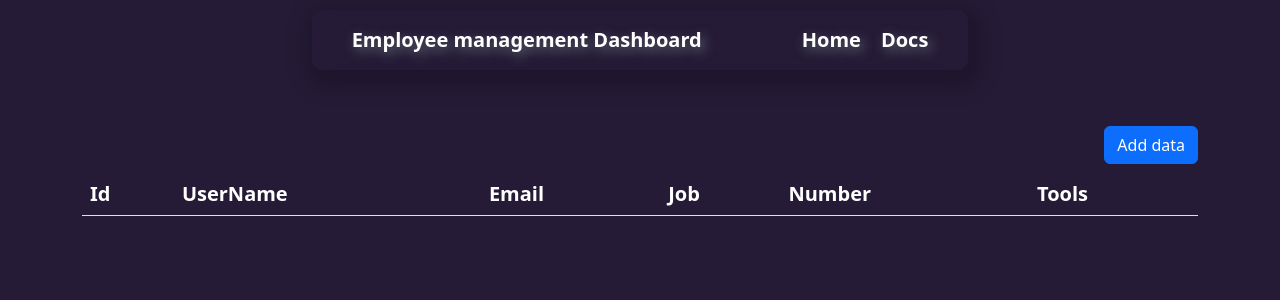
Repository: iamevs/Employee-Management-System
Page: /home (app in client/)
An editor plug-in stored every save of this project. The page is shown before and after the next save, followed by the edit.
The browser window is 1280 px wide. The pictures show the whole page.
The page's requests for data from a server got no answer. The project was rebuilt for these pictures with package versions that can differ from the ones it lists, and the page was loaded fresh each time. No one was signed in, and anything a server would have sent is missing. Also part of the build but not shown: client/vite.config.js, client/src/components/Register.jsx, client/src/components/Edit.jsx, client/src/components/Hero.jsx. Imported but missing from the stored project, and not drawn on this page: client/src/components/Details.

Above is the page before, as saved 2022-11-28 23:56:39.

### client/index.html
<html lang="en">
  <head>
    <meta charset="UTF-8" />
    <link rel="icon" type="image/svg+xml" href="/vite.svg" />
    <meta name="viewport" content="width=device-width, initial-scale=1.0" />
    <title>employee-management</title>
  </head>
  <body>
    <div id="root"></div>
    <script type="module" src="/src/main.jsx"></script>
  </body>
</html>

### client/src/main.jsx
import React, { StrictMode } from 'react';
import ReactDOM from 'react-dom';
import { createRoot } from "react-dom/client";
import './index.css';
import App from './App';
import { BrowserRouter } from "react-router-dom"
import ContextProvider from "./components/context/ContextProvider";
// root.render(
//   <StrictMode>
//   <ContextProvider>
//     <BrowserRouter>
//       <App />
//     </BrowserRouter>
//   </ContextProvider>
//   </StrictMode>
//   ,
//   document.getElementById('root')
// );


createRoot(document.getElementById('root')).render(
  <ContextProvider>
    <BrowserRouter>
      <App />
    </BrowserRouter>
  </ContextProvider>
)

### client/src/index.css
body {
  margin: 0;
  font-family: -apple-system, BlinkMacSystemFont, 'Segoe UI', 'Roboto', 'Oxygen',
    'Ubuntu', 'Cantarell', 'Fira Sans', 'Droid Sans', 'Helvetica Neue',
    sans-serif;
  -webkit-font-smoothing: antialiased;
  -moz-osx-font-smoothing: grayscale;
  background-color: #251B37 !important;
  color: #fff !important;
}

code {
  font-family: source-code-pro, Menlo, Monaco, Consolas, 'Courier New',
    monospace;
}

.btns{
  display: flex;
  justify-content: space-between;
}

### client/src/App.jsx
import './App.css';
import "../node_modules/bootstrap/dist/css/bootstrap.min.css"
import "../node_modules/bootstrap/dist/js/bootstrap.bundle.min.js"
import Navbar from './components/Navbar';
import Home from './components/Home';
import Register from './components/Register';
import Edit from './components/Edit';
import Details from './components/Details';
import Hero from "./components/Hero.jsx";
import {Routes,Route} from "react-router-dom"




function App() {
  return (
   <>
    <Navbar />
    <Routes>
      <Route path="/" element={<Hero/>} />
      <Route  path="/home" element={<Home/>} />
      <Route exact path="/register" element={<Register/>} />
      <Route exact path="/edit/:id" element={<Edit/>} />
      <Route exact path="/view/:id" element={<Details/>} />
    </Routes>

   </>
  );
}

export default App;

### client/src/components/context/ContextProvider.jsx
import React, { createContext, useState } from 'react'


export const adddata = createContext("");
export const updatedata = createContext("");
export const deldata = createContext("");

const ContextProvider = ({ children }) => {

    const [udata, setUdata] = useState("");
    const [updata, setUPdata] = useState("");
    const [dltdata, setDLTdata] = useState("");


    return (
        <adddata.Provider value={{ udata, setUdata }}>
            <updatedata.Provider value={{ updata, setUPdata }}>
                <deldata.Provider value={{dltdata, setDLTdata}}>
                    {children}
                </deldata.Provider>

            </updatedata.Provider>

        </adddata.Provider>
    )
}

export default ContextProvider;

### client/src/App.css
.add_btn{
  text-align: right;
}

.container{
  overflow: auto;
}

.left_view h3{
  font-size: 21px;
}

.left_view p{
  font-weight: 600;
}

.left_view span{
  font-weight: 400;
}

.right_view p{
  font-weight: 600;
}


.right_view span{
  font-weight: 400;
}

### client/src/components/Navbar.jsx
import React from 'react'
import { NavLink } from 'react-router-dom'
import { Box, Stack } from "@mui/material";


const Navbar = () => {
    return (
        <Stack justifyContent={"center"} direction={"row"} marginTop={"10px"}>
            <Box justifyContent={"space-between"} className="navbar navbar-expand-lg text-white" sx={{
                backgroundColor: "transparent",
                backdropFilter: "blur(10px) !important",
                position: "relative",
                color: "white",
                boxShadow: "4px 7px 20px 11px rgb(0 0 0 / 20%)",
                height: "60px",
                padding: "0 40px 0 40px",
                width: "auto",
                borderRadius: "10px"
            }}>
                <Box sx={{
                    fontSize: "20px",
                    textShadow: "3px 4px 12px #6c757d",
                    fontWeight: "bold",
                    marginRight: "100px"
                }}>Employee management Dashboard</Box>
                <Box direction={"row"}>
                    <a href="/home" style={{
                        color: "white",
                        fontSize: "20px",
                        textShadow: "3px 4px 12px #6c757d",
                        fontWeight: "bold",
                        textDecoration: "none",
                    }}>Home</a>
                    <a href="/" style={{
                        color: "white",
                        fontSize: "20px",
                        textShadow: "3px 4px 12px #6c757d",
                        fontWeight: "bold",
                        textDecoration: "none",
                        marginLeft: "20px"
                    }}>Docs</a>

                </Box>
            </Box>
        </Stack>
    )
}

export default Navbar

### client/src/components/Home.jsx
import React, { useState, useEffect, useContext } from 'react'
import ReadMoreRoundedIcon from '@mui/icons-material/ReadMoreRounded';
import NoteAltOutlinedIcon from '@mui/icons-material/NoteAltOutlined';
import DeleteOutlineIcon from '@mui/icons-material/DeleteOutline';
import { NavLink } from 'react-router-dom';
import { adddata, deldata } from './context/ContextProvider';
import { updatedata } from './context/ContextProvider'
import ReactTooltip from 'react-tooltip';

var getuserlink = "http://localhost:8001/getusers";


const Home = () => {

    const [getuserdata, setUserdata] = useState([]);

    console.log(getuserdata);

    const { udata, setUdata } = useContext(adddata);

    const {updata, setUPdata} = useContext(updatedata);

    const {dltdata, setDLTdata} = useContext(deldata);

    const getdata = async () => {

        const res = await fetch(getuserlink, {
            method: "GET",
            headers: {
                "Content-Type": "application/json"
            }
        });

        const data = await res.json();
        console.log(data);

        if (res.status === 422 || !data) {
            console.log("error ");

        } else {
            setUserdata(data)
            console.log("get data");

        }
    }

    useEffect(() => {
        getdata();
    }, [])

    const deleteuser = async (id) => {

        const res2 = await fetch(`/deleteuser/${id}`, {
            method: "DELETE",
            headers: {
                "Content-Type": "application/json"
            }
        });

        const deletedata = await res2.json();
        console.log(deletedata);

        if (res2.status === 422 || !deletedata) {
            console.log("error");
        } else {
            console.log("user deleted");
            setDLTdata(deletedata)
            getdata();
        }

    }


    return (

        <>
            {
                udata ?
                    <>
                        <div className="alert alert-success alert-dismissible fade show" role="alert">
                            <strong>{udata.name}</strong>  added succesfully!
                            <button type="button" className="btn-close" data-bs-dismiss="alert" aria-label="Close"></button>
                        </div>
                    </> : ""
            }
            {
                updata ?
                    <>
                        <div className="alert alert-success alert-dismissible fade show" role="alert">
                            <strong>{updata.name}</strong>  updated succesfully!
                            <button type="button" className="btn-close" data-bs-dismiss="alert" aria-label="Close"></button>
                        </div>
                    </> : ""
            }

            {
                dltdata ?
                    <>
                        <div className="alert alert-danger alert-dismissible fade show" role="alert">
                            <strong>{dltdata.name}</strong>  deleted succesfully!
                            <button type="button" className="btn-close" data-bs-dismiss="alert" aria-label="Close"></button>
                        </div>
                    </> : ""
            }


            <div className="mt-5">
                <div className="container">
                    <div className="add_btn mt-2 mb-2">
                        <NavLink to="/register" className="btn btn-primary">Add data</NavLink>
                    </div>

                    <table class="table">
                        <thead>
                            <tr className="table text-white" style={{
                                fontSize: "20px",
                            }}>
                                <th scope="col">Id</th>
                                <th scope="col">UserName</th>
                                <th scope="col">Email</th>
                                <th scope="col">Job</th>
                                <th scope="col">Number</th>
                                <th scope="col">Tools</th>
                            </tr>
                        </thead>
                        <tbody>

                            {
                                getuserdata.map((val, ind) => {
                                    return (
                                        <tr className='text-white'>
                                            <th scope="row">{ind + 1}</th>
                                            <td>{val.name}</td>
                                            <td>{val.email}</td>
                                            <td>{val.work}</td>
                                            <td>{val.mobile}</td>
                                            <td className='btns'>
                                                <NavLink to={`/view/${val._id}`} className="btn text-white" data-tip="More Details"><ReadMoreRoundedIcon/></NavLink>
                                                <NavLink to={`/update/${val._id}`} className="btn text-white" data-tip="Edit Details"><NoteAltOutlinedIcon/></NavLink>
                                                <button onClick={() => deleteuser(val._id)} className="btn text-white" data-tip="Fire Employee"><DeleteOutlineIcon /></button>
                                                <ReactTooltip />
                                            </td>
                                        </tr>
                                    )
                                })
                            }
                        </tbody>
                    </table>


                </div>
            </div>
        </>
    )
}

export default Home

After the next save:
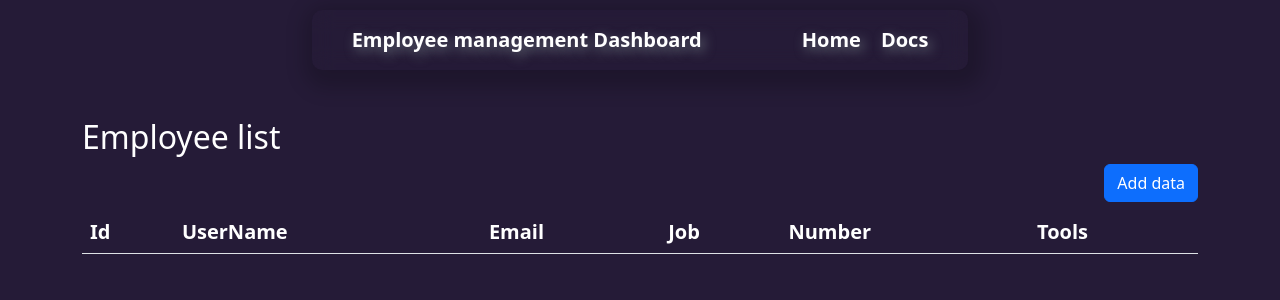
Saved 89 s later.
--- a/client/src/components/Home.jsx
+++ b/client/src/components/Home.jsx
@@ -106,6 +106,8 @@ const Home = () => {
 
             <div className="mt-5">
                 <div className="container">
+
+                    <h2>Employee list </h2>
                     <div className="add_btn mt-2 mb-2">
                         <NavLink to="/register" className="btn btn-primary">Add data</NavLink>
                     </div>
